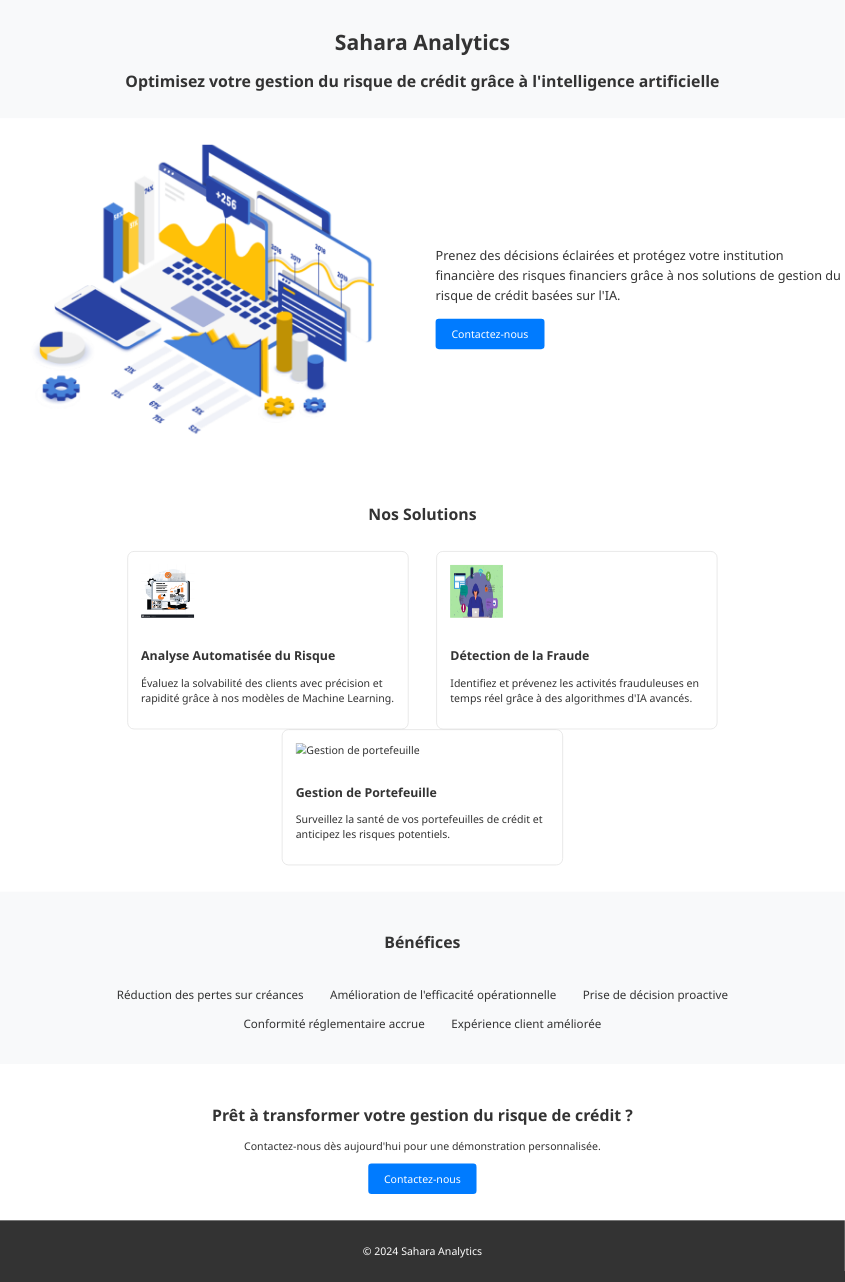
Repository: saharaAI/website
Page: landing_page/index.html
These files come from the project's save history. The page is drawn as it stood at one moment and after the next save; the edit follows.
The browser window is 1280 px wide. The pictures show the whole page, at 66% of full size.

Above is the page before, as saved 2024-06-29 14:17:59.
Not found: landing_page/images/portfolio.svg

### landing_page/index.html
<!DOCTYPE html>
<html lang="fr">
<head>
    <meta charset="UTF-8">
    <meta name="viewport" content="width=device-width, initial-scale=1.0">
    <title>Sahara Analytics - Solutions de Gestion du Risque de Crédit</title>
    <style>
        /* GENERAL */
        body {
            font-family: 'Segoe UI', Tahoma, Geneva, Verdana, sans-serif;
            margin: 0;
            padding: 0;
            color: #333;
        }
        a {
            text-decoration: none;
            color: #007bff; /* Blue */
        }
        a:hover {
            text-decoration: underline;
        }
        .btn {
            display: inline-block;
            padding: 12px 24px;
            background-color: #007bff; /* Blue */
            color: #fff;
            border-radius: 5px;
            transition: background-color 0.3s;
        }
        .btn:hover {
            background-color: #0056b3; /* Darker blue */
        }
        /* HEADER */
        header {
            background-color: #f8f9fa; /* Light grey */
            padding: 20px 0;
            text-align: center;
        }
        /* HERO SECTION */
        .hero {
            display: flex;
            justify-content: center;
            align-items: center;
            padding: 40px 0;
        }
        .hero-image {
            width: 50%;
            margin-right: 40px;
        }
        .hero-image img {
            width: 100%;
            border-radius: 10px;
        }
        .hero-text {
            width: 50%;
        }
        .hero-text p {
            font-size: 1.2em;
            line-height: 1.6;
        }
        /* SERVICES SECTION */
        .services {
            text-align: center;
            padding: 40px 0;
        }
        .services h2 {
            margin-bottom: 40px;
        }
        .services .service {
            display: inline-block;
            width: 30%;
            margin: 0 1.5%;
            padding: 20px;
            border: 1px solid #ddd;
            border-radius: 10px;
            text-align: left;
            vertical-align: top;
        }
        .services img {
            width: 80px;
            height: 80px;
            margin-bottom: 20px;
        }
        /* BENEFITS SECTION */
        .benefits {
            text-align: center;
            padding: 40px 0;
            background-color: #f8f9fa; /* Light grey */
        }
        .benefits h2 {
            margin-bottom: 40px;
        }
        .benefits ul {
            list-style: none;
            padding: 0;
            margin: 0;
            display: flex;
            flex-wrap: wrap;
            justify-content: center;
        }
        .benefits li {
            margin: 10px 20px;
            font-size: 1.1em;
        }
        /* CALL TO ACTION */
        .cta {
            text-align: center;
            padding: 40px 0;
        }
        /* FOOTER */
        footer {
            background-color: #333;
            color: #fff;
            text-align: center;
            padding: 20px 0;
        }
    </style>
</head>
<body>

    <header>
        <h1>Sahara Analytics</h1>
        <h2>Optimisez votre gestion du risque de crédit grâce à l'intelligence artificielle</h2>
    </header>

    <section class="hero">
        <div class="hero-image">
            <img src="images/hero.png" alt="Analyse de données">
        </div>
        <div class="hero-text">
            <p>Prenez des décisions éclairées et protégez votre institution financière des risques financiers grâce à nos solutions de gestion du risque de crédit basées sur l'IA.</p>
            <a href="#contact" class="btn">Contactez-nous</a>
        </div>
    </section>

    <section class="services">
        <h2>Nos Solutions</h2>
        <div class="service">
            <img src="images/analyse.png" alt="Analyse de données">
            <h3>Analyse Automatisée du Risque</h3>
            <p>Évaluez la solvabilité des clients avec précision et rapidité grâce à nos modèles de Machine Learning.</p>
        </div>
        <div class="service">
            <img src="images/fraud.jpg" alt="Détection de la fraude">
            <h3>Détection de la Fraude</h3>
            <p>Identifiez et prévenez les activités frauduleuses en temps réel grâce à des algorithmes d'IA avancés.</p>
        </div>
        <div class="service">
            <img src="images/portfolio.svg" alt="Gestion de portefeuille">
            <h3>Gestion de Portefeuille</h3>
            <p>Surveillez la santé de vos portefeuilles de crédit et anticipez les risques potentiels.</p>
        </div>
    </section>

    <section class="benefits">
        <h2>Bénéfices</h2>
        <ul>
            <li>Réduction des pertes sur créances</li>
            <li>Amélioration de l'efficacité opérationnelle</li>
            <li>Prise de décision proactive</li>
            <li>Conformité réglementaire accrue</li>
            <li>Expérience client améliorée</li>
        </ul>
    </section>

    <section class="cta" id="contact">
        <h2>Prêt à transformer votre gestion du risque de crédit ?</h2>
        <p>Contactez-nous dès aujourd'hui pour une démonstration personnalisée.</p>
        <a href="#" class="btn">Contactez-nous</a>
    </section>

    <footer>
        <p>© 2024 Sahara Analytics</p>
    </footer>

</body>
</html>

After the next save:
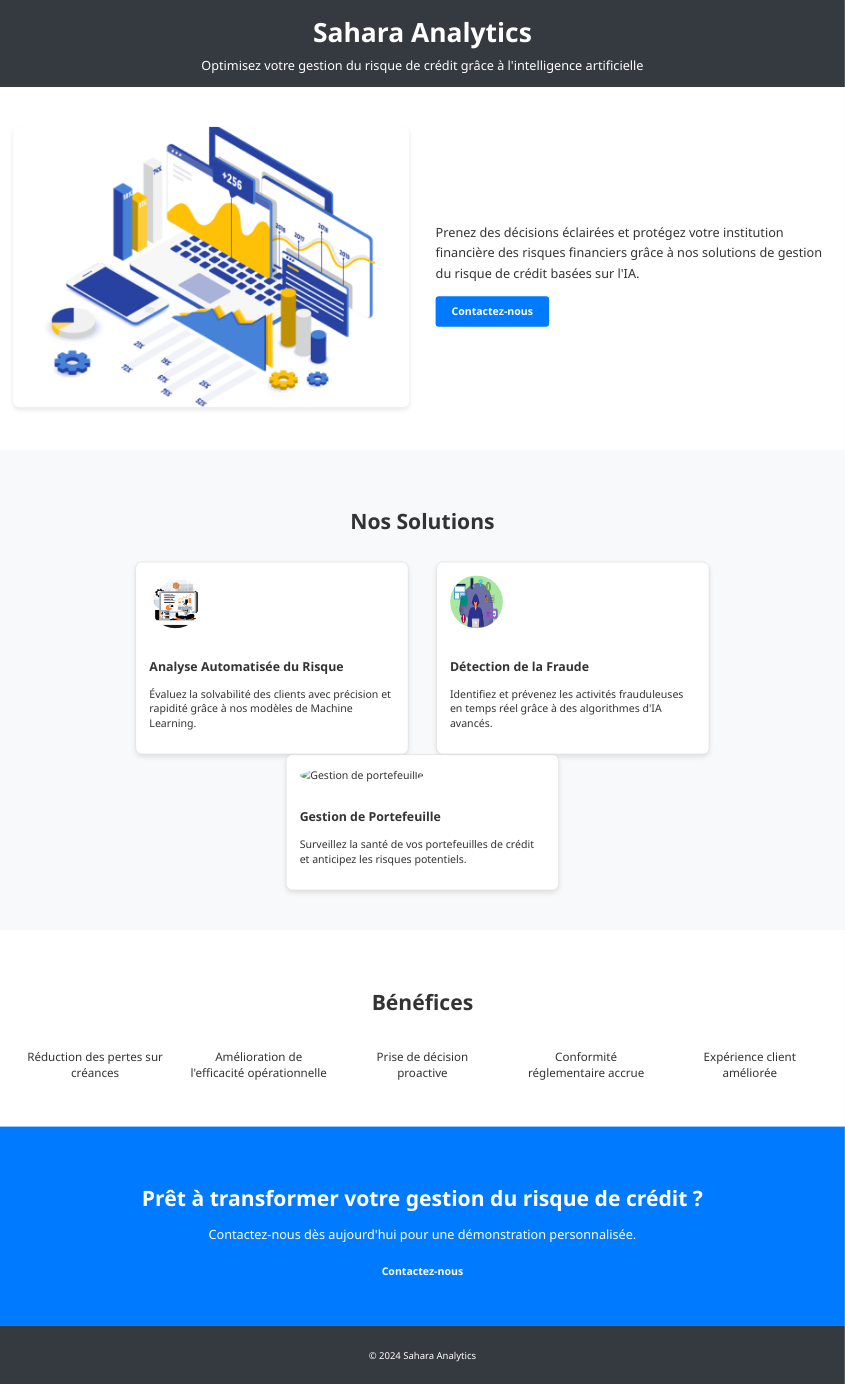
Saved 2 min 5 s later.
--- a/landing_page/index.html
+++ b/landing_page/index.html
@@ -4,6 +4,7 @@
     <meta charset="UTF-8">
     <meta name="viewport" content="width=device-width, initial-scale=1.0">
     <title>Sahara Analytics - Solutions de Gestion du Risque de Crédit</title>
+    <link rel="stylesheet" href="https://cdnjs.cloudflare.com/ajax/libs/font-awesome/6.0.0-beta3/css/all.min.css">
     <style>
         /* GENERAL */
         body {
@@ -11,6 +12,7 @@
             margin: 0;
             padding: 0;
             color: #333;
+            background-color: #f5f5f5;
         }
         a {
             text-decoration: none;
@@ -26,69 +28,90 @@
             color: #fff;
             border-radius: 5px;
             transition: background-color 0.3s;
+            font-weight: bold;
         }
         .btn:hover {
             background-color: #0056b3; /* Darker blue */
         }
         /* HEADER */
         header {
-            background-color: #f8f9fa; /* Light grey */
+            background-color: #343a40;
+            color: #fff;
             padding: 20px 0;
             text-align: center;
+            box-shadow: 0 2px 4px rgba(0,0,0,0.1);
+        }
+        header h1 {
+            margin: 0;
+            font-size: 2.5em;
+        }
+        header h2 {
+            margin: 10px 0 0;
+            font-size: 1.2em;
+            font-weight: 300;
         }
         /* HERO SECTION */
         .hero {
             display: flex;
             justify-content: center;
             align-items: center;
-            padding: 40px 0;
+            padding: 60px 20px;
+            background-color: #ffffff;
         }
         .hero-image {
-            width: 50%;
+            flex: 1;
             margin-right: 40px;
         }
         .hero-image img {
             width: 100%;
             border-radius: 10px;
+            box-shadow: 0 4px 8px rgba(0,0,0,0.1);
         }
         .hero-text {
-            width: 50%;
+            flex: 1;
         }
         .hero-text p {
             font-size: 1.2em;
             line-height: 1.6;
+            margin-bottom: 20px;
         }
         /* SERVICES SECTION */
         .services {
             text-align: center;
-            padding: 40px 0;
+            padding: 60px 20px;
+            background-color: #f8f9fa; /* Light grey */
         }
         .services h2 {
             margin-bottom: 40px;
+            font-size: 2em;
         }
         .services .service {
             display: inline-block;
             width: 30%;
             margin: 0 1.5%;
             padding: 20px;
+            background-color: #fff;
             border: 1px solid #ddd;
             border-radius: 10px;
             text-align: left;
             vertical-align: top;
-        }
-        .services img {
+            box-shadow: 0 4px 8px rgba(0,0,0,0.1);
+        }
+        .services .service img {
             width: 80px;
             height: 80px;
             margin-bottom: 20px;
+            border-radius: 50%;
         }
         /* BENEFITS SECTION */
         .benefits {
             text-align: center;
-            padding: 40px 0;
-            background-color: #f8f9fa; /* Light grey */
+            padding: 60px 20px;
+            background-color: #ffffff;
         }
         .benefits h2 {
             margin-bottom: 40px;
+            font-size: 2em;
         }
         .benefits ul {
             list-style: none;
@@ -101,18 +124,31 @@
         .benefits li {
             margin: 10px 20px;
             font-size: 1.1em;
+            flex: 1 1 calc(20% - 40px);
+            max-width: calc(20% - 40px);
         }
         /* CALL TO ACTION */
         .cta {
             text-align: center;
-            padding: 40px 0;
+            padding: 60px 20px;
+            background-color: #007bff;
+            color: #fff;
+        }
+        .cta h2 {
+            margin-bottom: 20px;
+            font-size: 2em;
+        }
+        .cta p {
+            font-size: 1.2em;
+            margin-bottom: 20px;
         }
         /* FOOTER */
         footer {
-            background-color: #333;
+            background-color: #343a40;
             color: #fff;
             text-align: center;
             padding: 20px 0;
+            font-size: 0.9em;
         }
     </style>
 </head>
